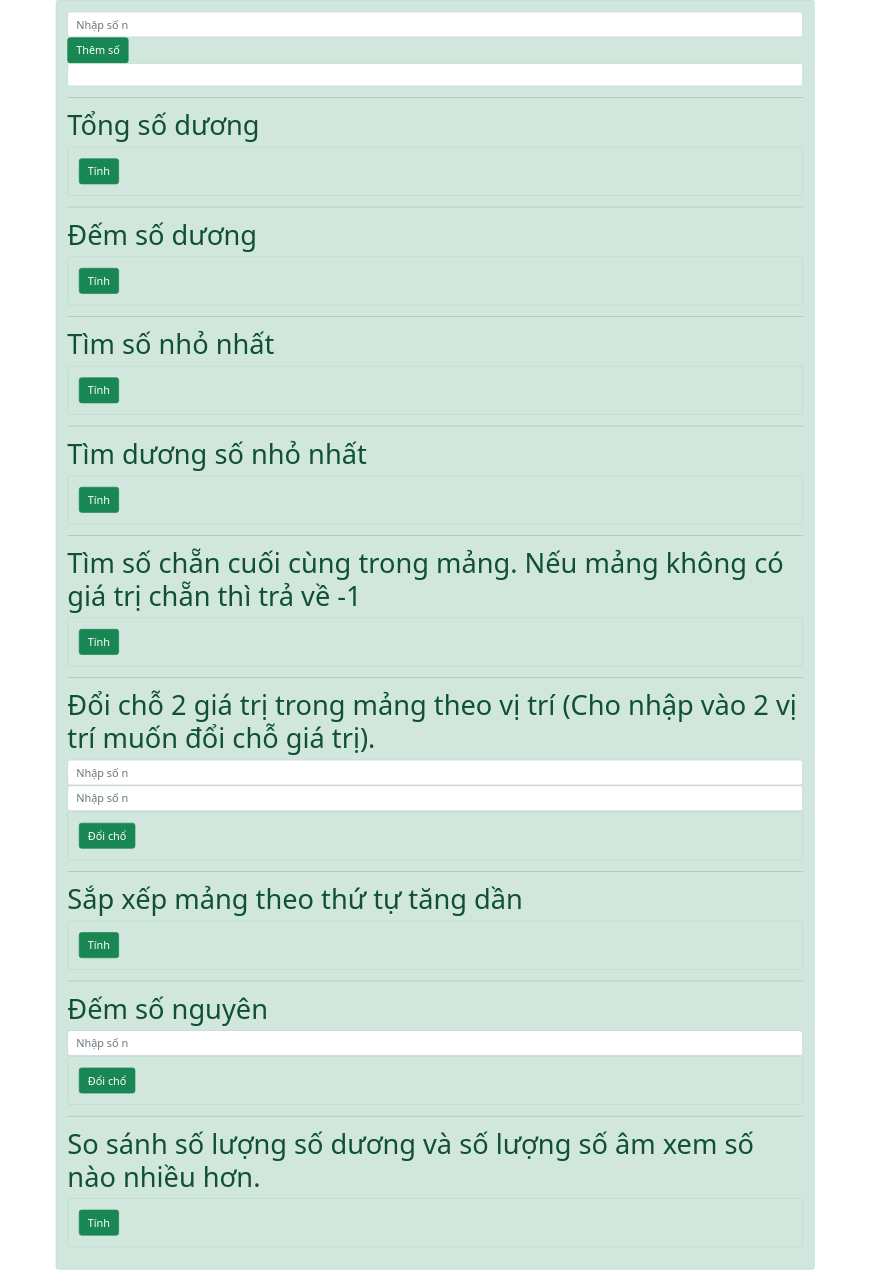
Repository: qkhanh1104k/Js-buoi7-8
Page: index.html
The author's editor kept a copy of each file at every save. The page is drawn from the files as they stood at one save, then again after the next save.
The browser window is 1280 px wide. The pictures show the whole page, at 68% of full size.

Above is the page before, as saved 2022-07-26 23:29:28.

After the next save:
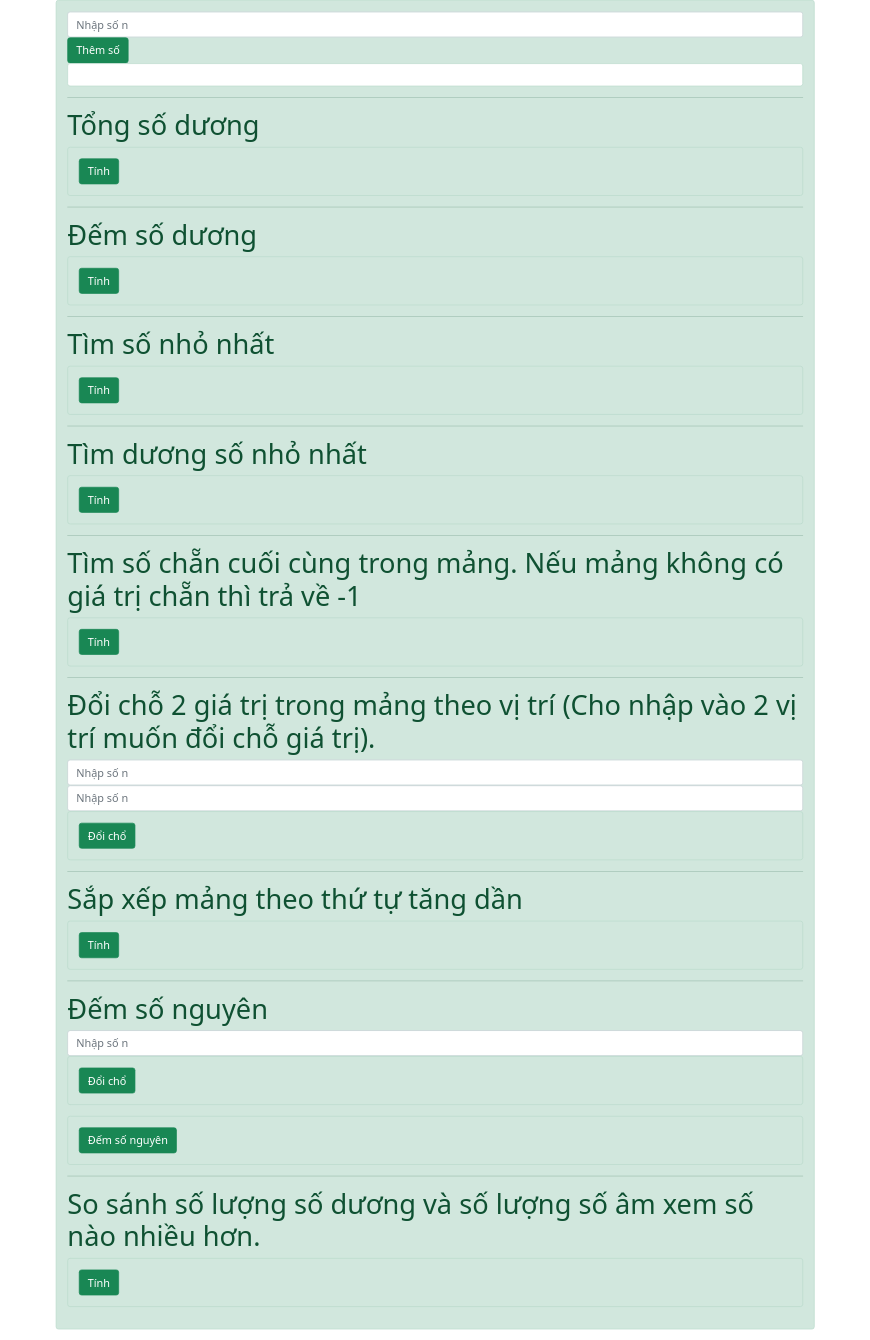
Saved 39 s later.
--- a/index.html
+++ b/index.html
@@ -124,6 +124,12 @@
               </button>
               <div style="background-color:#fff ;"></div>
             </div>
+            <div class="alert alert-success" id="resBt10">
+              <button class="btn btn-success" onclick="swappedNum()">
+                Đếm số nguyên
+              </button>
+              <div style="background-color:#fff ;"></div>
+            </div>
           </div>
           <hr>
           <h1> So sánh số lượng số dương và số lượng số âm xem số nào nhiều hơn.</h1>
